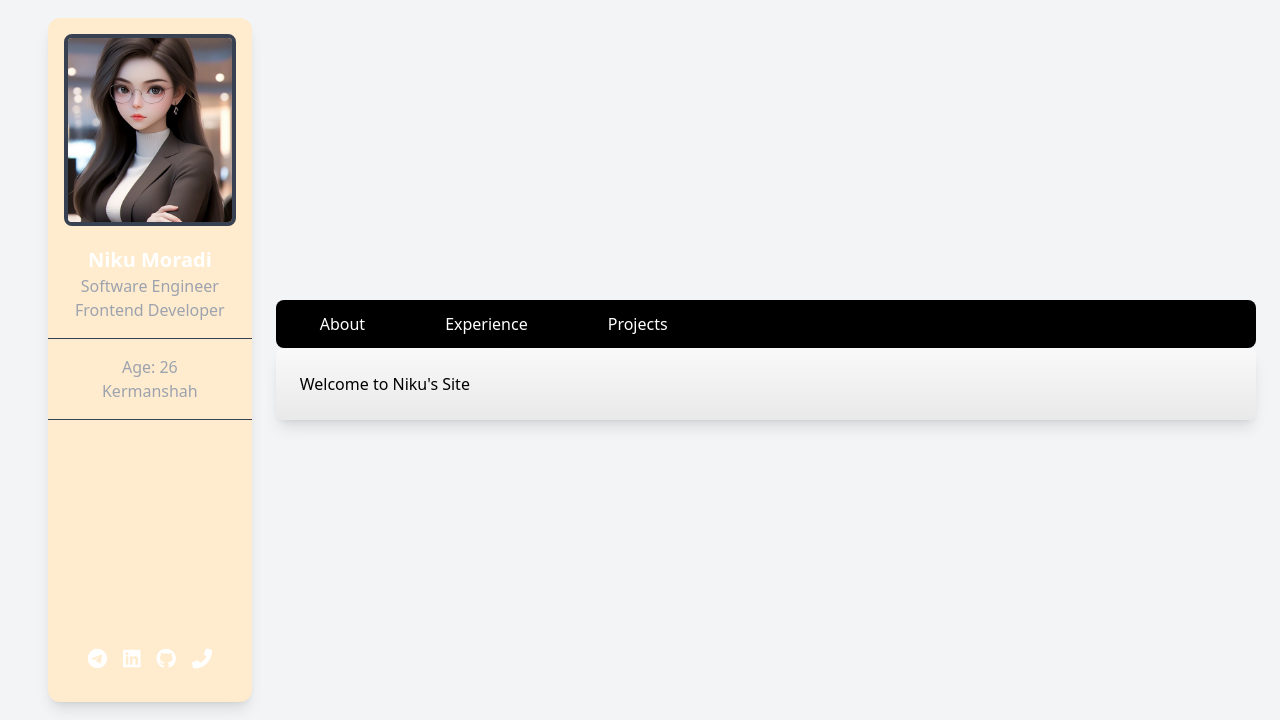
Repository: NikuMoradi/niku-moradi
Page: /
The author's editor kept a copy of each file at every save. The page is drawn from the files as they stood at one save, then again after the next save.
The browser window is 1280 px wide. The pictures show the whole page.
The project was rebuilt for these pictures with package versions that can differ from the ones it lists, and the page was loaded fresh each time. The framework's server and built-in components were replaced by stand-ins that run in the browser. Also part of the build but not shown: nuxt.config.ts, components/Blog Posts/Component-Design.vue, components/Blog.vue, components/Contact.vue, components/Education.vue, components/Experience.vue, components/Hero.vue, components/MyPage.vue and 2 more.

Above is the page before, as saved 2024-11-29 08:57:32.

After the next save:
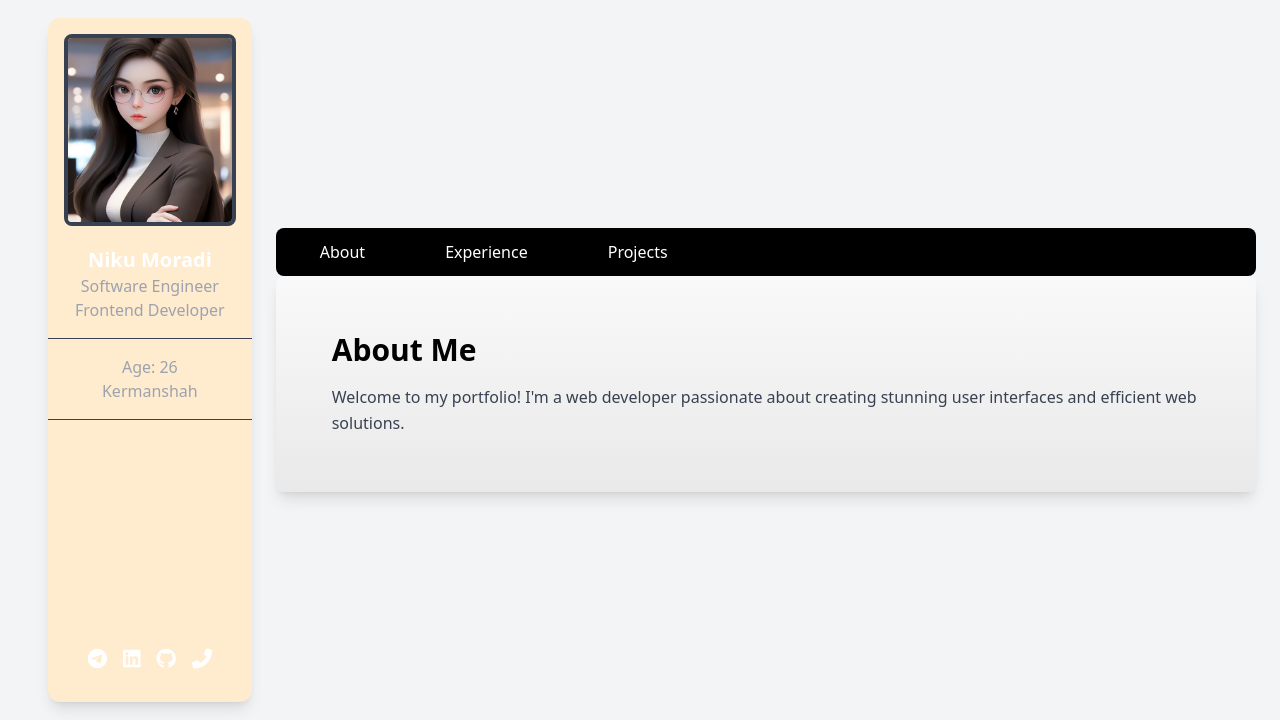
Saved 20 s later.
--- a/pages/index.vue
+++ b/pages/index.vue
@@ -1,10 +1,9 @@
 <template>
-  <div>
-    <h1>Welcome to Niku's Site</h1>
-    <!-- Add any components or content here -->
+  <div class="p-8">
+    <h1 class="text-3xl font-bold mb-4">About Me</h1>
+    <p class="text-gray-700 leading-relaxed">
+      Welcome to my portfolio! I'm a web developer passionate about creating
+      stunning user interfaces and efficient web solutions.
+    </p>
   </div>
 </template>
-
-<script setup>
-// Your script setup if needed
-</script>
